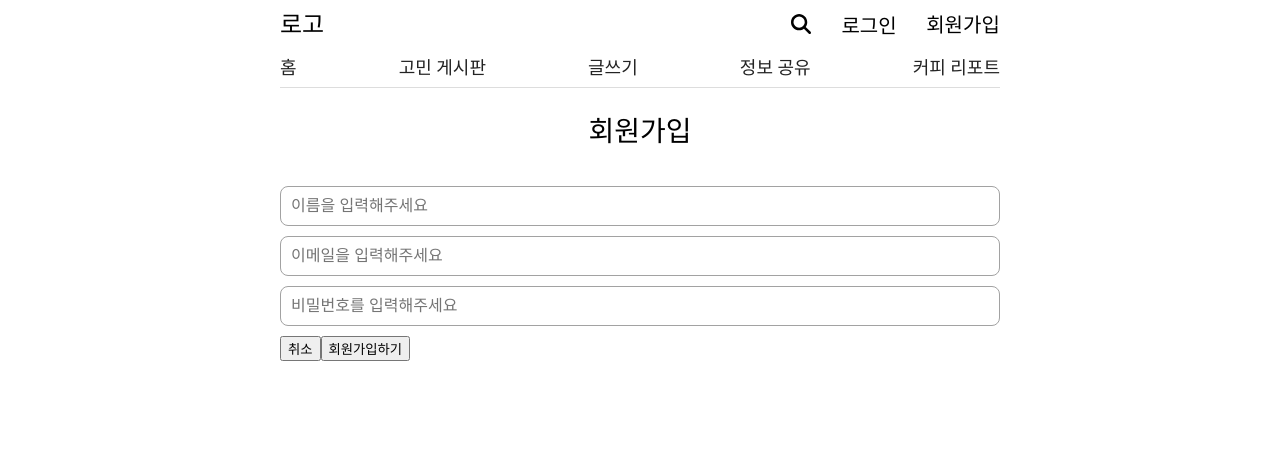
Repository: zlazlazla35/coffee
Page: /join
These files come from the project's save history. The page is drawn as it stood at one moment and after the next save; the edit follows.
The browser window is 1280 px wide. The pictures show the whole page.
The page's requests for data from a server got no answer. Some web fonts or font styles are not loaded; a fallback is used. The project was rebuilt for these pictures with package versions that can differ from the ones it lists, and the page was loaded fresh each time. The framework's server and built-in components were replaced by stand-ins that run in the browser. No one was signed in, and anything a server would have sent is missing. Also part of the build but not shown: next.config.mjs, src/app/LogOutButton.js.

Above is the page before, as saved 2025-01-20 17:08:28.

After the next save:
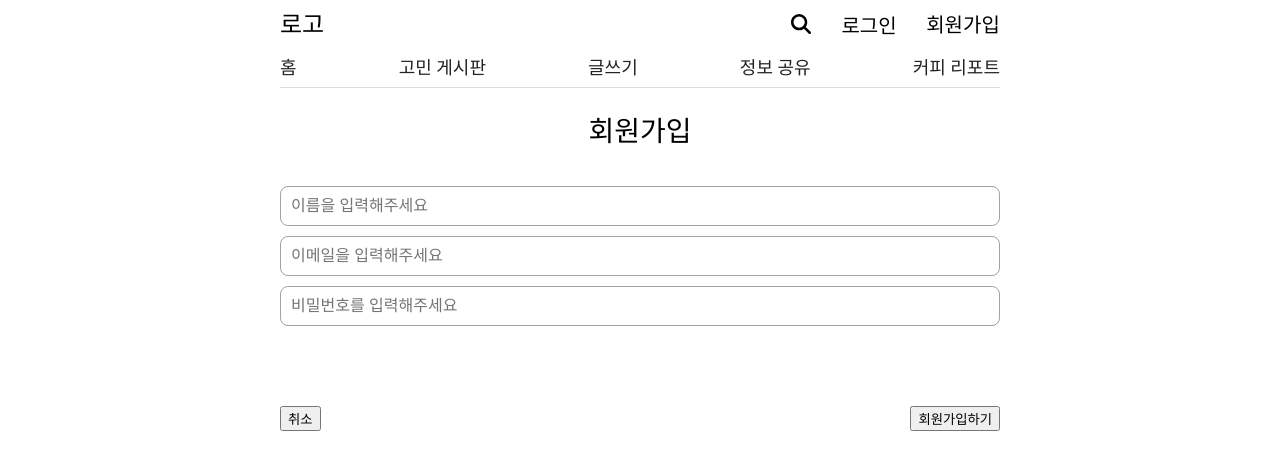
Saved 38 s later.
--- a/src/app/globals.css
+++ b/src/app/globals.css
@@ -175,7 +175,7 @@ select {font-family: 'NanumSquare', sans-serif !important; outline: none !import
 .join {width: 100%; max-width: 720px; margin: 0 auto;}
 .join .title {font-size: 28px; width: 100%; text-align: center; margin: 30px 0 40px;}
 .join input {width: 100%; height: 40px;box-sizing: border-box;padding: 10px;font-size: 16px;border-radius: 8px; border: 1px solid #a2a2a2; margin-bottom: 10px;}
-
+.join .btnBox {width: 100%;display: flex;align-items: center;justify-content: space-between; margin-top: 70px;}
 
 
 
